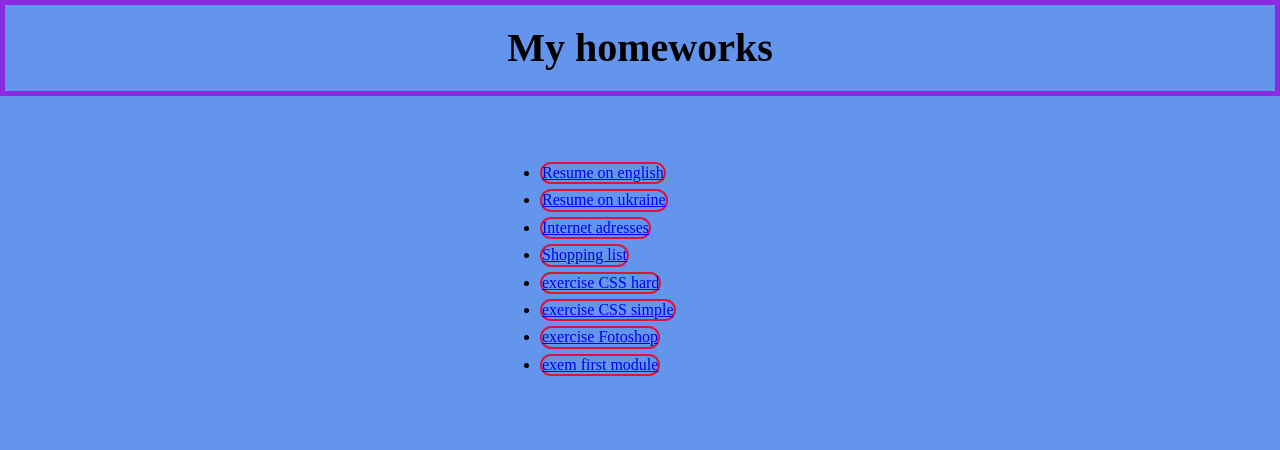
Repository: shpakovskaya/github.io
Page: index.html
These files come from the project's save history. The page is drawn as it stood at one moment and after the next save; the edit follows.
The browser window is 1280 px wide. The pictures show the whole page.

Above is the page before, as saved 2021-09-27 01:19:51.

After the next save:
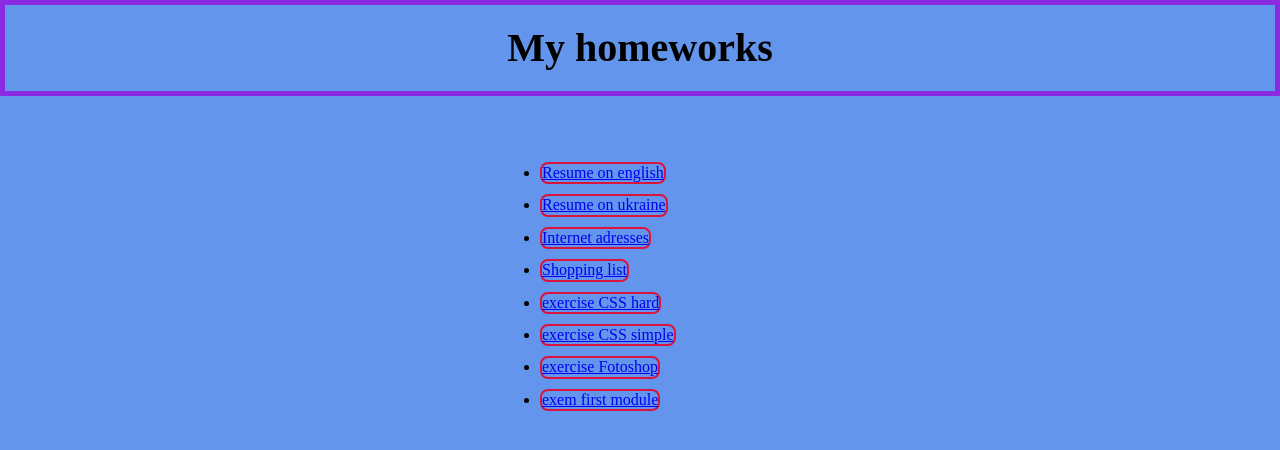
Saved 25 s later.
--- a/style.css
+++ b/style.css
@@ -59,10 +59,10 @@ body {
 }
 .menu_link {
   border: 2px solid crimson;
-  border-radius: 14px;
+  border-radius: 8px;
   display: inline-block;
   justify-content: center;
-  margin-bottom: 5px;
+  margin-bottom: 10px;
 }
 /* .menu_link2 {
   border: 2px solid crimson;
